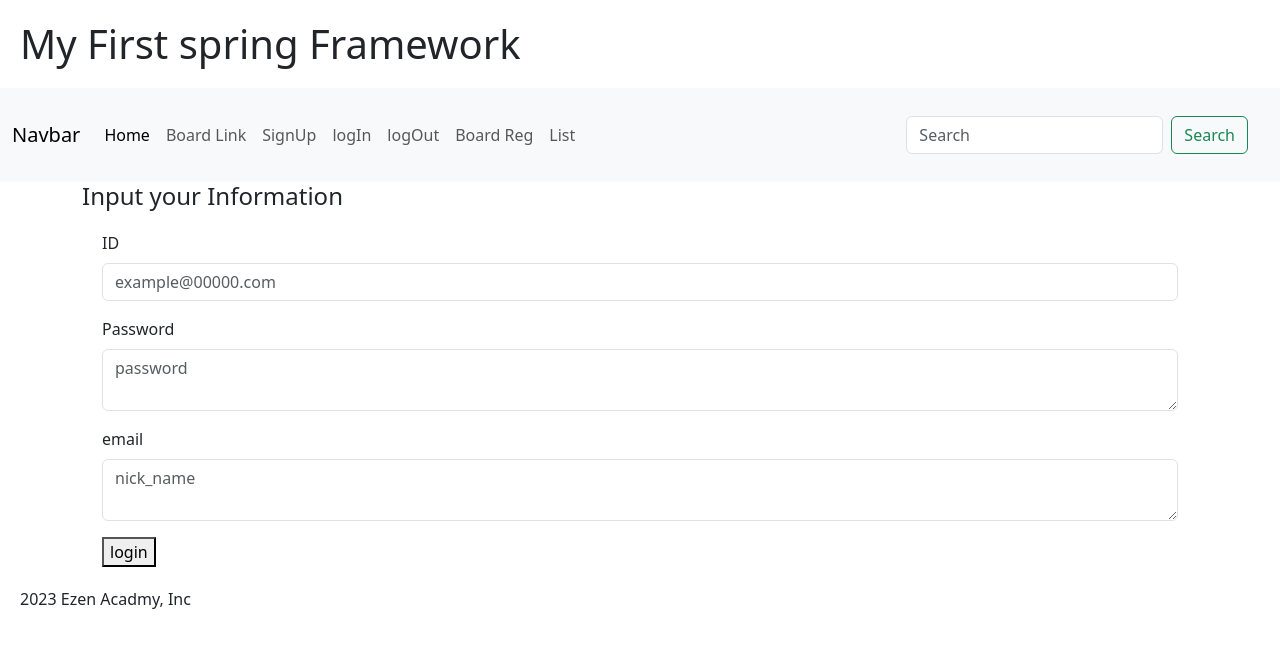
Repository: fbsrb458/link
Page: http://localhost/springProject/WEB-INF/views/member/login.jsp
An editor plug-in stored every save of this project. The page is shown before and after the next save, followed by the edit.
The browser window is 1280 px wide. The pictures show the whole page.
The page is served by Tomcat 9. Nobody is signed in. The template is opened directly, without the code that normally fills it, so the values that code supplies are empty.

Above is the page before, as saved 2023-10-27 12:15:13.

After the next save:
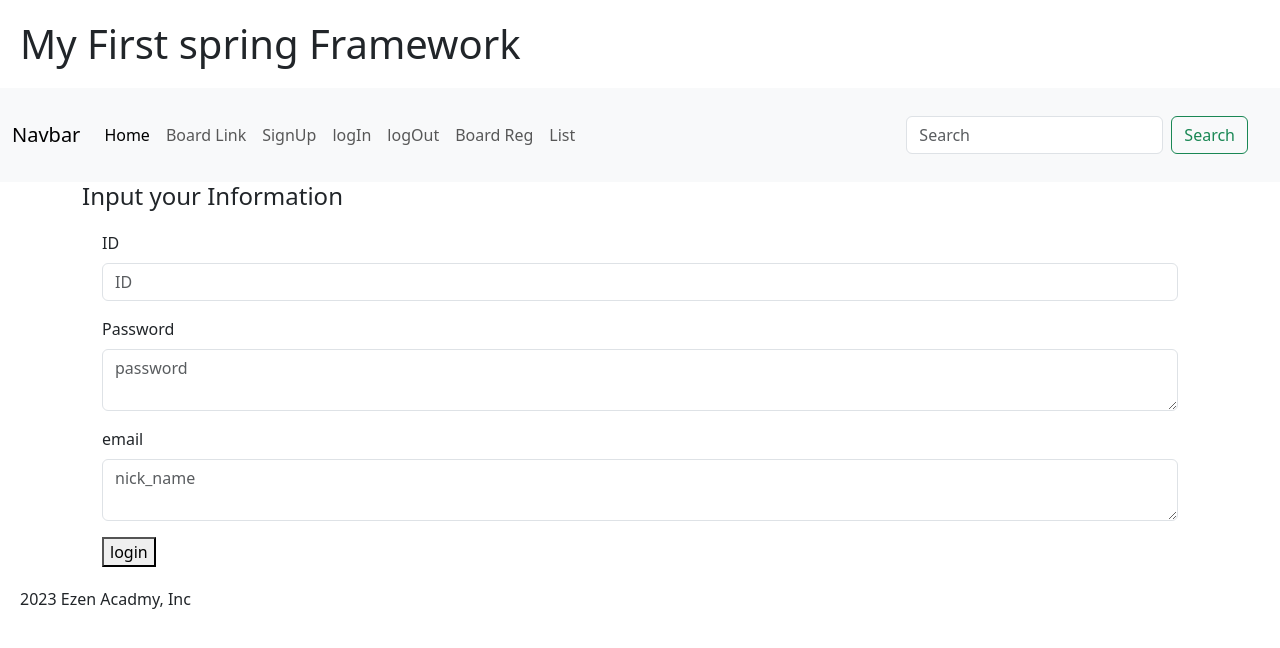
Saved 12 s later.
--- a/springProject/src/main/webapp/WEB-INF/views/member/login.jsp
+++ b/springProject/src/main/webapp/WEB-INF/views/member/login.jsp
@@ -16,7 +16,7 @@
 <form action="/member/login" method="post" >
 		<div class="mb-3">
 		  <label for="I" class="form-label">ID</label>
-		  <input type="text" class="form-control" name="email" id="i" placeholder="example@00000.com">
+		  <input type="text" class="form-control" name="ID" id="i" placeholder="ID">
 		</div>
 		<div class="mb-3">
 		  <label for="p" class="form-label">Password</label>
